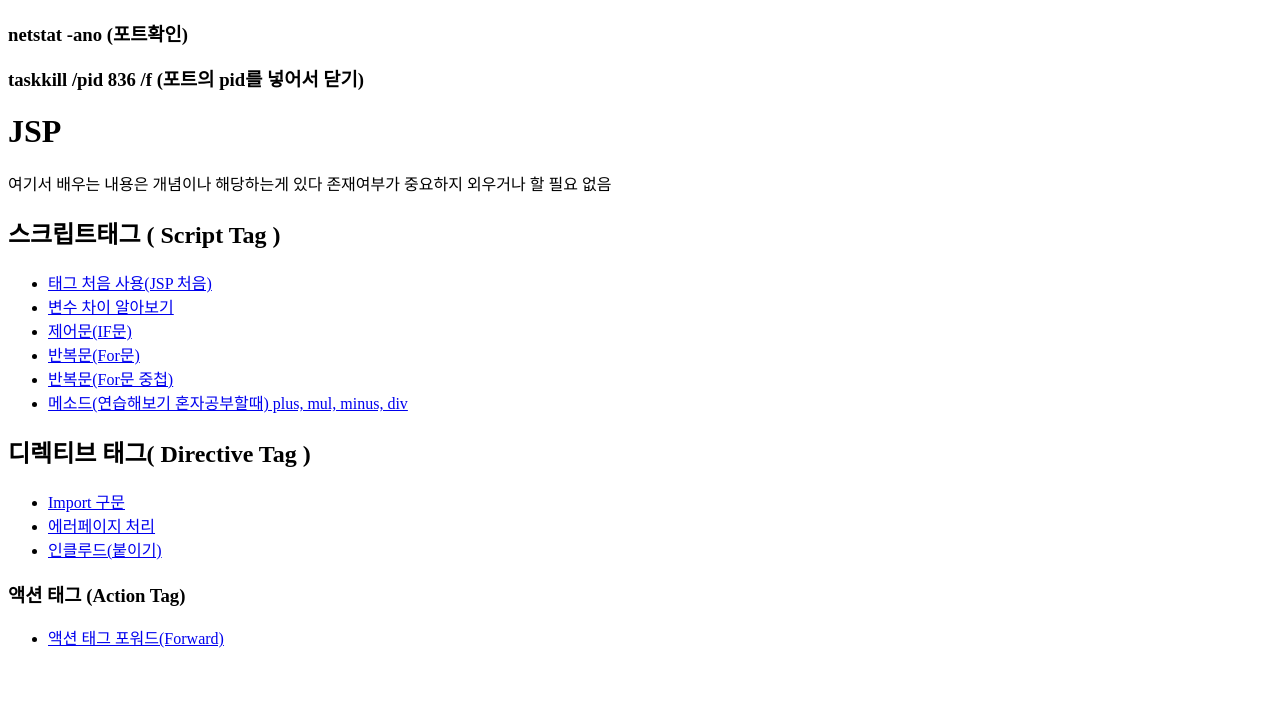
Repository: kvmhyvmvn/Study_JspServlet
Page: WorkSpace/03.Tag/src/main/webapp/index.html
These files come from the project's save history. The page is drawn as it stood at one moment and after the next save; the edit follows.
The browser window is 1280 px wide. The pictures show the whole page.

Above is the page before, as saved 2023-05-19 03:36:20.

### WorkSpace/03.Tag/src/main/webapp/index.html
<!DOCTYPE html>
<html>
<head>
<meta charset="UTF-8">
<title>Insert title here</title>
</head>
<body>
	<h3>netstat -ano (포트확인)</h3>
	<h3>taskkill /pid 836 /f (포트의 pid를 넣어서 닫기)</h3>

	<h1> JSP </h1>
	<p>여기서 배우는 내용은 개념이나 해당하는게 있다 존재여부가 중요하지 외우거나 할 필요 없음</p>
	<h2> 스크립트태그 ( Script Tag )</h2>

	<ul>
		<li><a href="01.Script/Ex00Into.jsp">태그 처음 사용(JSP 처음)</a></li>
		<li><a href="01.Script/Ex01Var.jsp">변수 차이 알아보기</a></li>
		<li><a href="01.Script/Ex02If.jsp">제어문(IF문)</a></li>
		<li><a href="01.Script/Ex03For.jsp">반복문(For문)</a></li>
		<li><a href="01.Script/Ex04For.jsp">반복문(For문 중첩)</a></li>
		<li><a href="01.Script/Ex05Method.jsp">메소드(연습해보기 혼자공부할때)
		plus, mul, minus, div</a></li>
	</ul>

	<h2> 디렉티브 태그( Directive Tag )</h2>
	<ul>
		<li><a href="02.Directive/Ex01Directive.jsp">Import 구문</a></li>
		<li><a href="02.Directive/Ex02ErrorMain.jsp">에러페이지 처리</a></li>
		<li><a href="02.Directive/Ex03IncludeMain.jsp">인클루드(붙이기)</a></li>
	</ul>

	<h3> 액션 태그 (Action Tag)</h3>
	<ul>
		<li><a href="03.Action/Ex01Forward.jsp">액션 태그 포워드(Forward)</a></li>
	</ul>
</body>
</html>

After the next save:
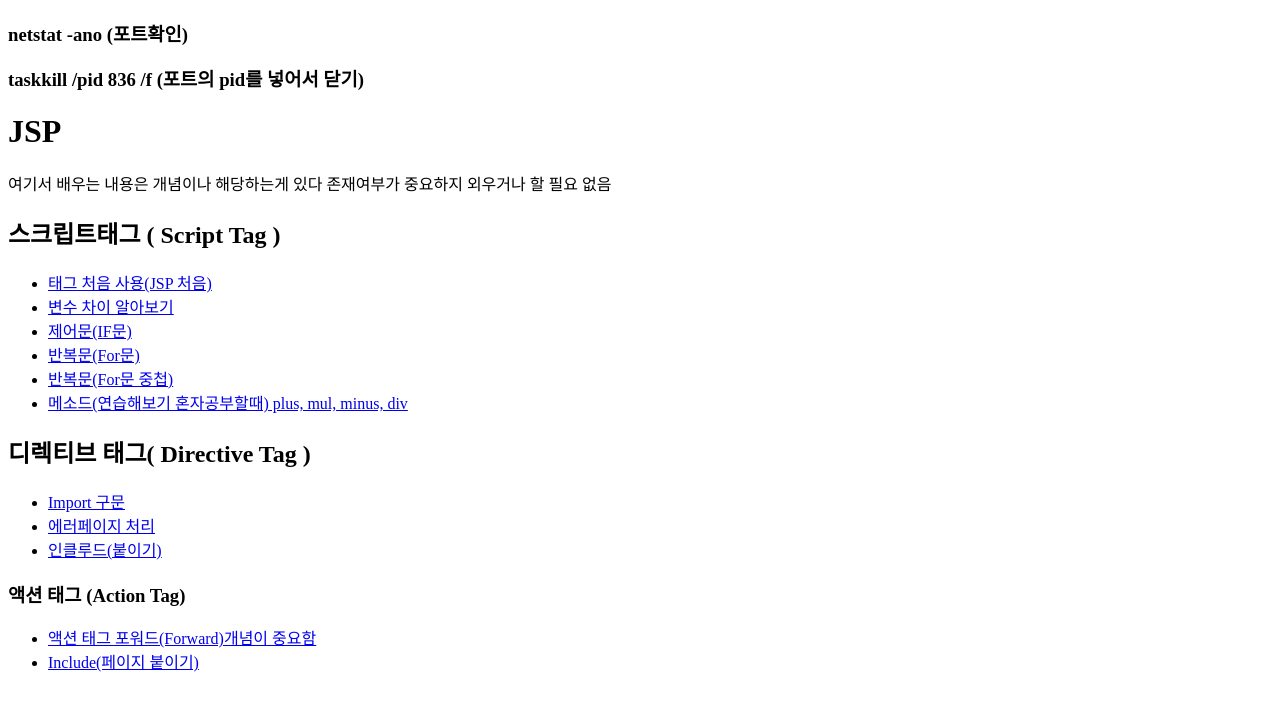
Saved 92 s later.
--- a/WorkSpace/03.Tag/src/main/webapp/index.html
+++ b/WorkSpace/03.Tag/src/main/webapp/index.html
@@ -31,7 +31,8 @@
 
 	<h3> 액션 태그 (Action Tag)</h3>
 	<ul>
-		<li><a href="03.Action/Ex01Forward.jsp">액션 태그 포워드(Forward)</a></li>
+		<li><a href="03.Action/Ex01Forward.jsp">액션 태그 포워드(Forward)개념이 중요함</a></li>
+		<li><a href="03.Action/Ex02IncludeMain.jsp">Include(페이지 붙이기)</a></li>
 	</ul>
 </body>
 </html>
